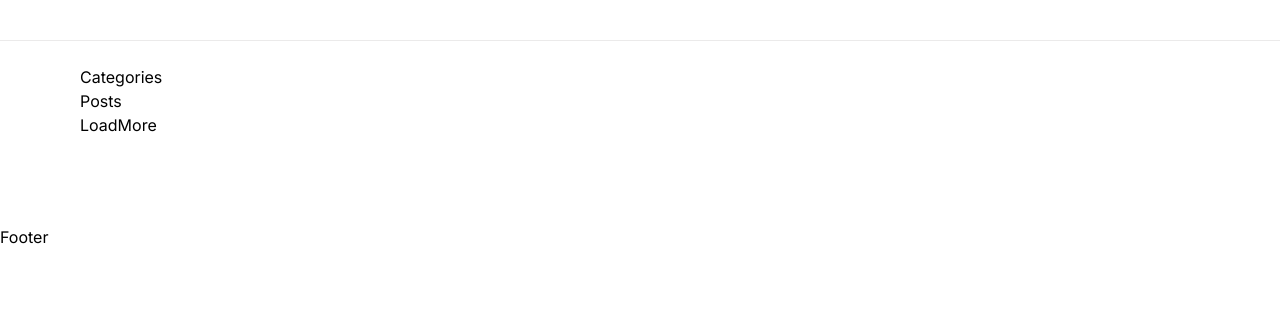
Repository: davedeguia/grafbase_flexibble
Page: /
These files come from the project's save history. The page is drawn as it stood at one moment and after the next save; the edit follows.
The browser window is 1280 px wide. The pictures show the whole page.
The project was rebuilt for these pictures with package versions that can differ from the ones it lists, and the page was loaded fresh each time. The framework's server and built-in components were replaced by stand-ins that run in the browser. Also part of the build but not shown: next.config.js.

Above is the page before, as saved 2023-07-15 07:29:00.

After the next save:
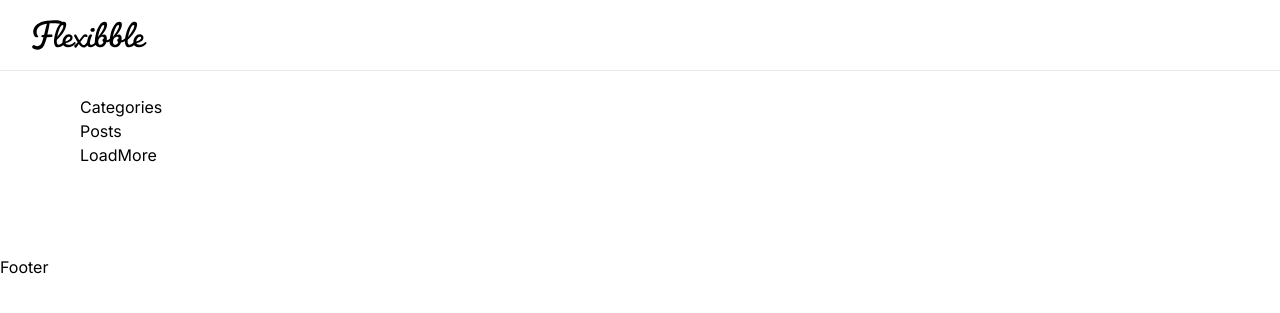
Saved 50 s later.
--- a/app/components/Navbar.tsx
+++ b/app/components/Navbar.tsx
@@ -7,7 +7,7 @@
     <nav className='flexBetween navbar'>
       <div className='flex-1 flexStart gap-10'>
         <Link href='/'>
-          <Image />
+          <Image src='/logo.svg' width={115} height={43} alt='Flexible' />
         </Link>
       </div>
     </nav>
